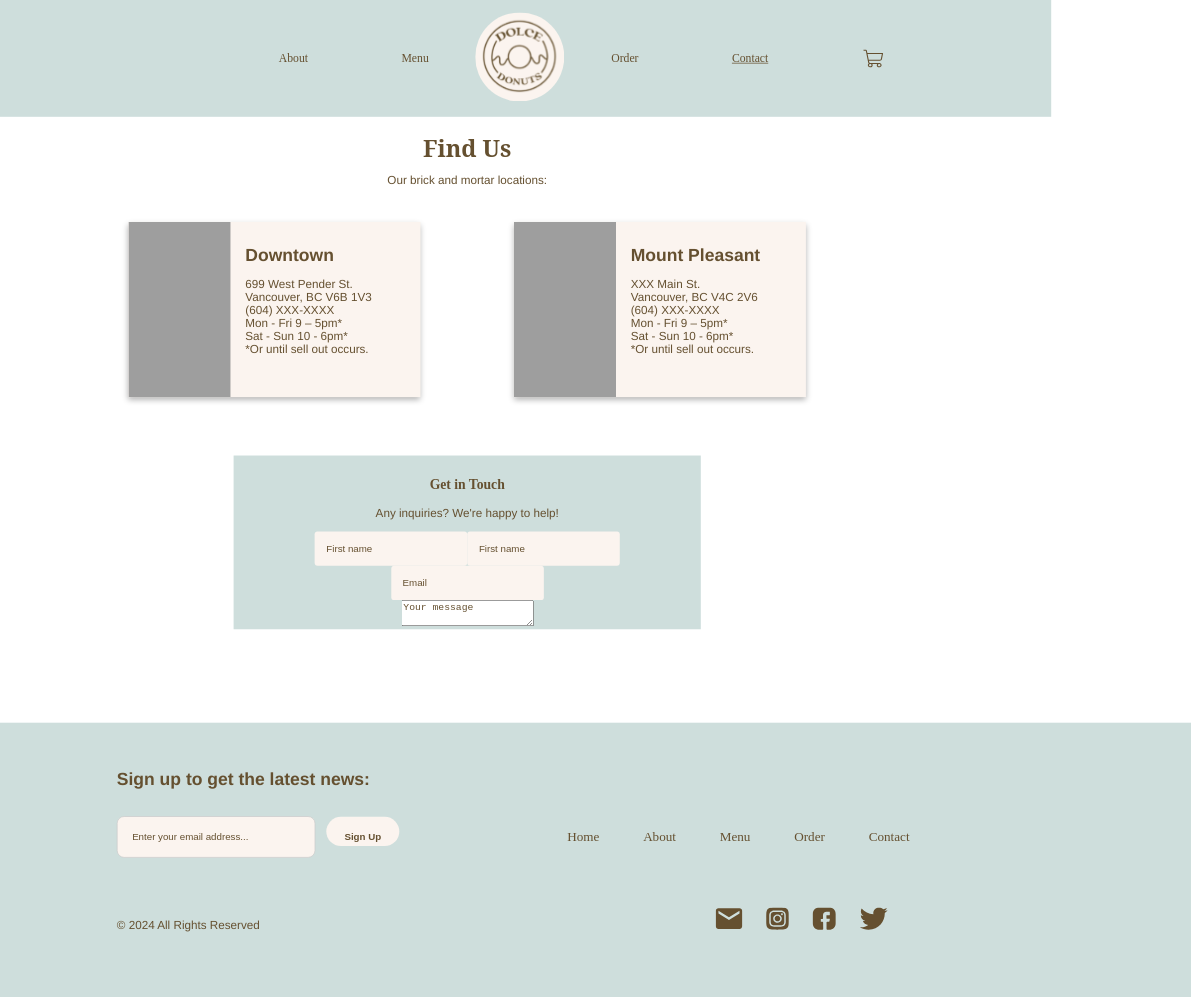
Repository: Crystalhtc/dolcedonuts
Page: /contact
The author's editor kept a copy of each file at every save. The page is drawn from the files as they stood at one save, then again after the next save.
The browser window is 1280 px wide. The page is 1632 px wide, so the pictures cover 1632 px, including what lies to the right of the window. The pictures show the whole page, at 73% of full size.
Pictures or frames that could not be fetched are drawn as grey boxes. The project was rebuilt for these pictures with package versions that can differ from the ones it lists, and the page was loaded fresh each time. Also part of the build but not shown: vite.config.js, src/pages/Home.module.css, src/pages/Home.jsx, src/components/ProductCard/ProductCard.jsx, src/Data/products.js, src/pages/Order.css, src/pages/Menu.jsx, src/pages/Order.jsx and 13 more.

Above is the page before, as saved 2024-10-20 15:22:07.

After the next save:
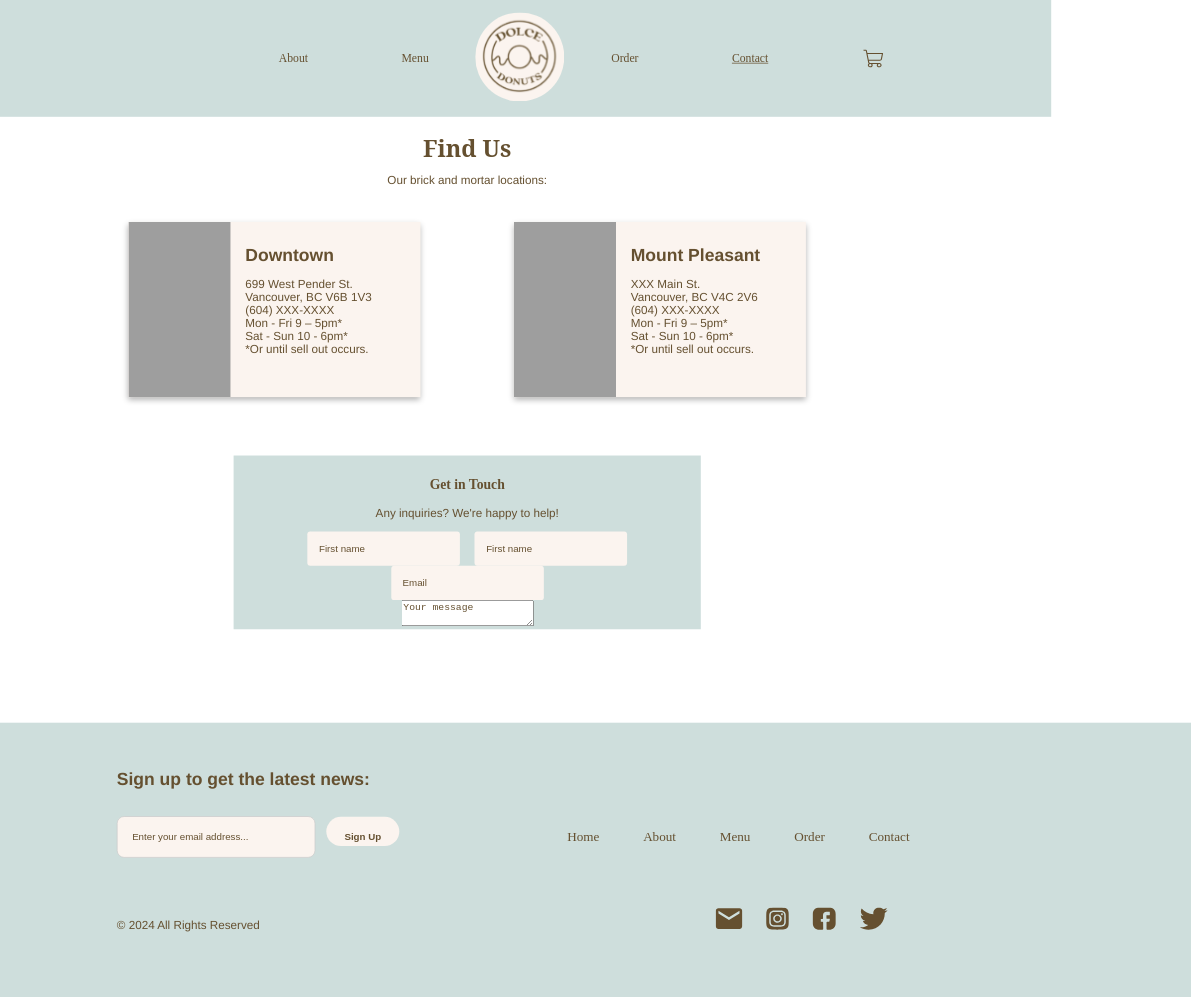
Saved 4 s later.
--- a/src/components/ContactUsForm/ContactForm.module.css
+++ b/src/components/ContactUsForm/ContactForm.module.css
@@ -13,7 +13,7 @@
 .nameFieldContainer {
     display: flex;
     justify-content: center;
-    gap: ;
+    gap: 20px;
 }
 
 form {
